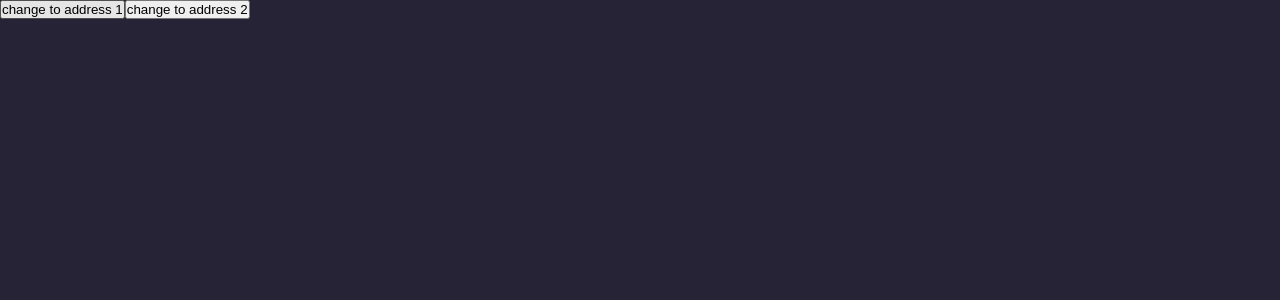
Repository: Kiendz3202/marketplace-frontend-nuxtjs
Page: /
An editor plug-in stored every save of this project. The page is shown before and after the next save, followed by the edit.
The browser window is 1280 px wide. The pictures show the whole page.
The project was rebuilt for these pictures with package versions that can differ from the ones it lists, and the page was loaded fresh each time. The framework's server and built-in components were replaced by stand-ins that run in the browser. Also part of the build but not shown: nuxt.config.js, components/Task.vue, components/connectWallet/AddressAvatar1.vue.

Above is the page before, as saved 2022-11-08 00:16:47.

After the next save:
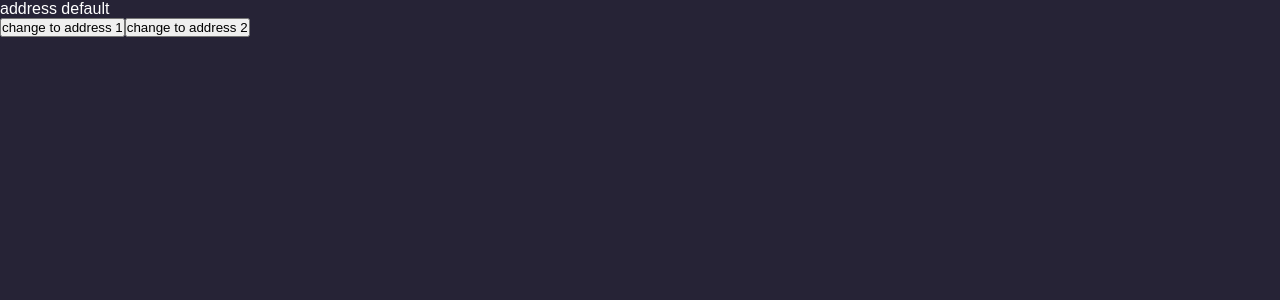
Saved 34 s later.
--- a/store/index.js
+++ b/store/index.js
@@ -1,6 +1,6 @@
 export const state = () => ({
   tasks: [],
-  address: "",
+  address: "address default",
 });
 
 export const mutations = {
